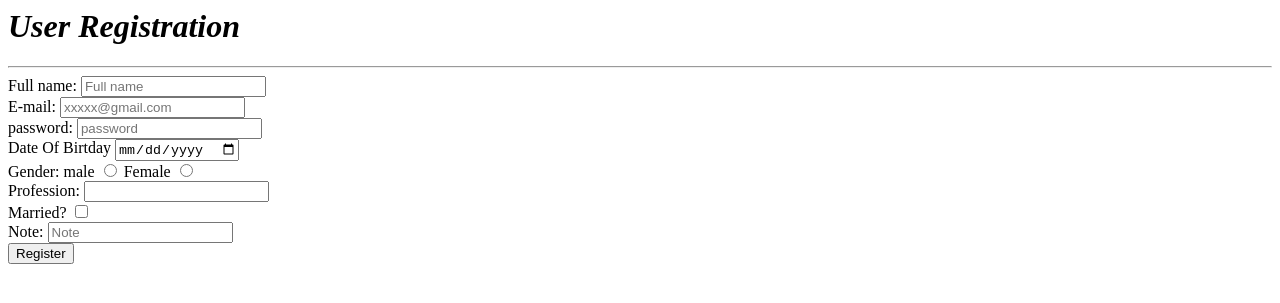
Repository: OrusuRatnamala/JAVA
Page: http://localhost/TrainWeb/registration.jsp
These files come from the project's save history. The page is drawn as it stood at one moment and after the next save; the edit follows.
The browser window is 1280 px wide. The pictures show the whole page.
The page is served by Tomcat 9.

Above is the page before, as saved 2023-10-11 05:30:18.

After the next save:
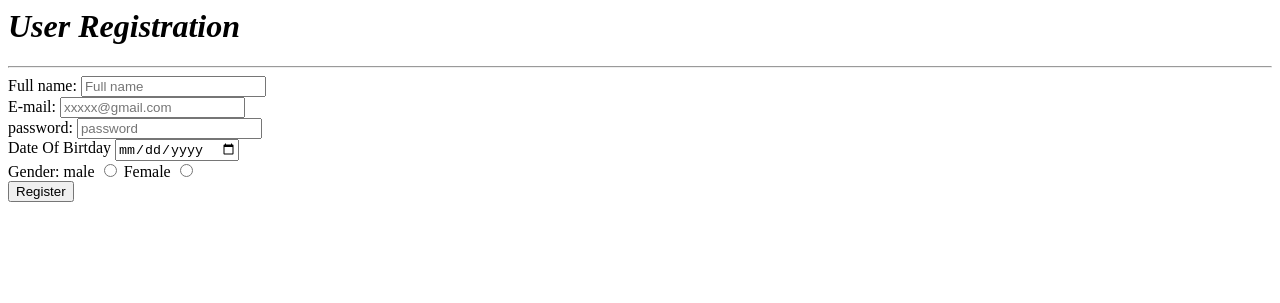
Saved 88 s later.
--- a/springdao/TrainWeb/src/main/webapp/registration.jsp
+++ b/springdao/TrainWeb/src/main/webapp/registration.jsp
@@ -8,41 +8,21 @@
 	</h1>
 	<hr>
 	<form action="registration" method="post">
-	<label class="1">Full name:</label>
-	<input type="text" placeholder="Full name">
-	<br>
-	<label>E-mail:</label>
-	<input type="text" placeholder="xxxxx@gmail.com" id="Eid">
-	<br>
-	<label>password:</label>
-	<input type="password" name="password" placeholder="password">
-	<br>
-	<label for="Birtday">Date Of Birtday</label>
-	<input type="date" id="Birtday" value="Birtday">
-	<br>
-	<label>Gender:</label>
-	<label>male</label>
-	<input type="radio" name="gender" id="male">
-	<label>Female</label>
-	<input type="radio" name="gender" id="female">
-	<br>
-	<label>Profession:</label>
-	<input list="Profession">
-	<datalist id="Profession">
-		<option value="Developer">Developer</option>
-		<option value="Team Lead">Team Lead</option>
-		<option value="manager">manager</option>
-	</datalist>
-	<br>
-	<label>Married?</label>
-	<input type="checkbox">
-	<br>
-	<label>Note:</label>
-	<input type="text" placeholder="Note">
-	<br>
-	<input type="submit" name="button" value="Register">
-	<br>
-	<br>
+		<label class="1">Full name:</label> <input type="text"
+			placeholder="Full name"> <br> <label>E-mail:</label> <input
+			type="text" placeholder="xxxxx@gmail.com" id="Eid"> <br>
+		<label>password:</label> <input type="password" name="password"
+			placeholder="password"> <br>
+			<label for="Birtday">Date Of Birtday</label>
+			<input type="date" id="Birtday" value="Birtday">
+			 <br>
+		<label>Gender:</label>
+		 <label>male</label>
+		 <input type="radio" name="gender" id="male">
+		  <label>Female</label>
+		  <input type="radio" name="gender" id="female"> <br>
+		<input type="submit" name="button" value="Register"> <br>
+		<br>
 	</form>
 </body>
 </html>
